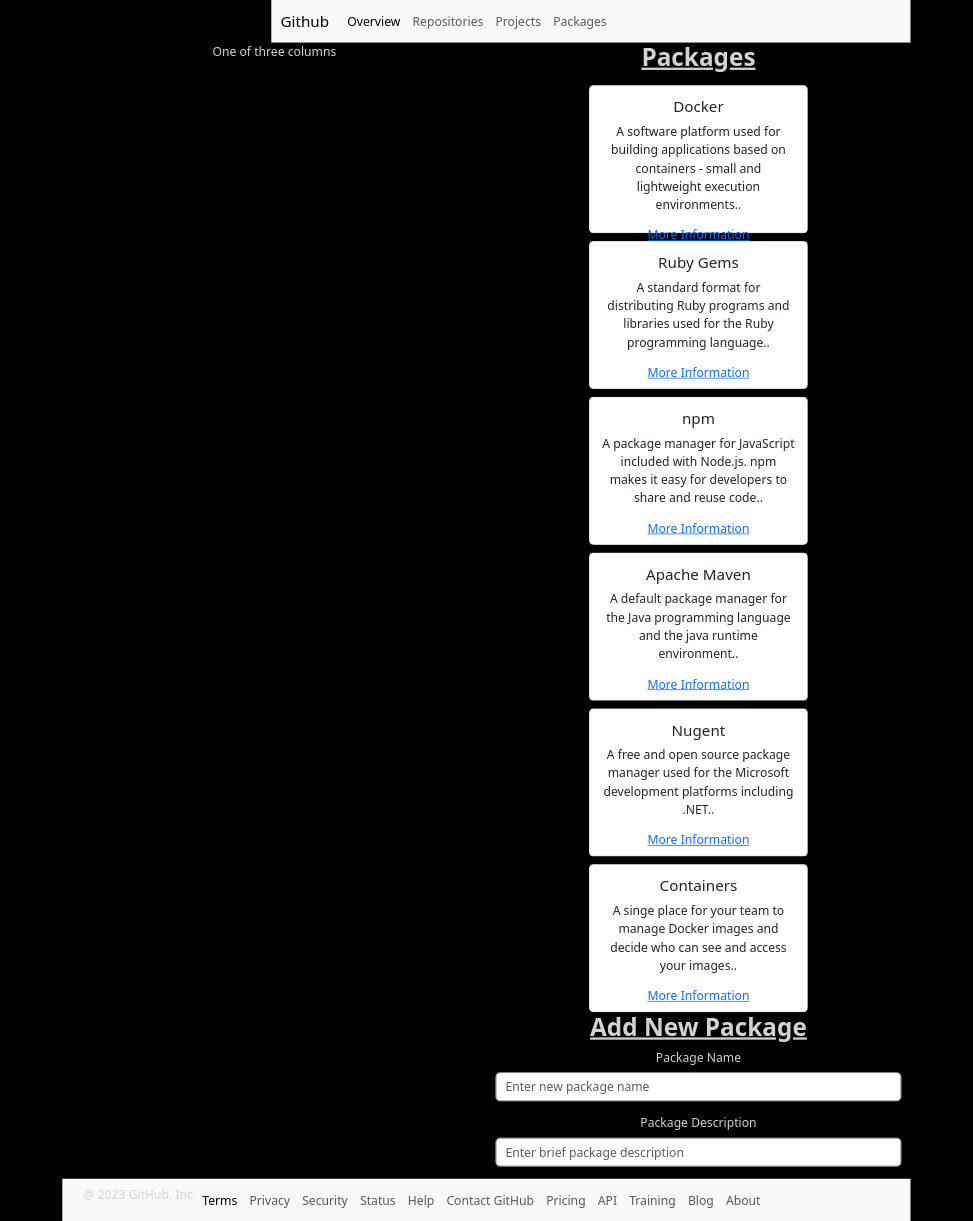
Repository: nss-evening-cohort-E23/gitsub-pull-request-posse
Page: packages.html
These files come from the project's save history. The page is drawn as it stood at one moment and after the next save; the edit follows.
The browser window is 1280 px wide. The pictures show the whole page, at 76% of full size.

Above is the page before, as saved 2023-05-09 17:38:41.

After the next save:
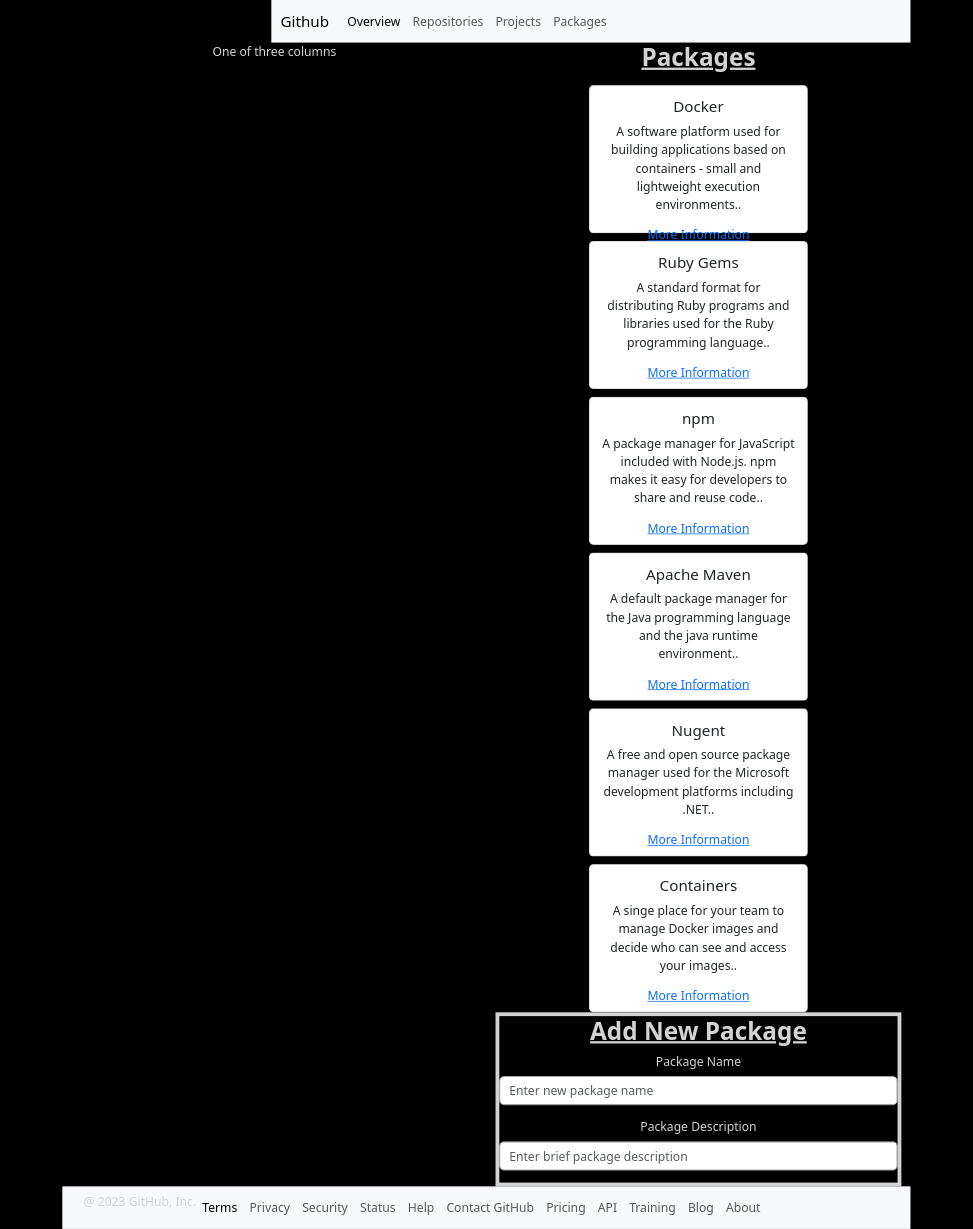
Saved 9 s later.
--- a/packages.css
+++ b/packages.css
@@ -46,5 +46,5 @@
 }
 
 #newPackage {
-  border: 5px;
+  border: 5px solid lightgray;
 }
